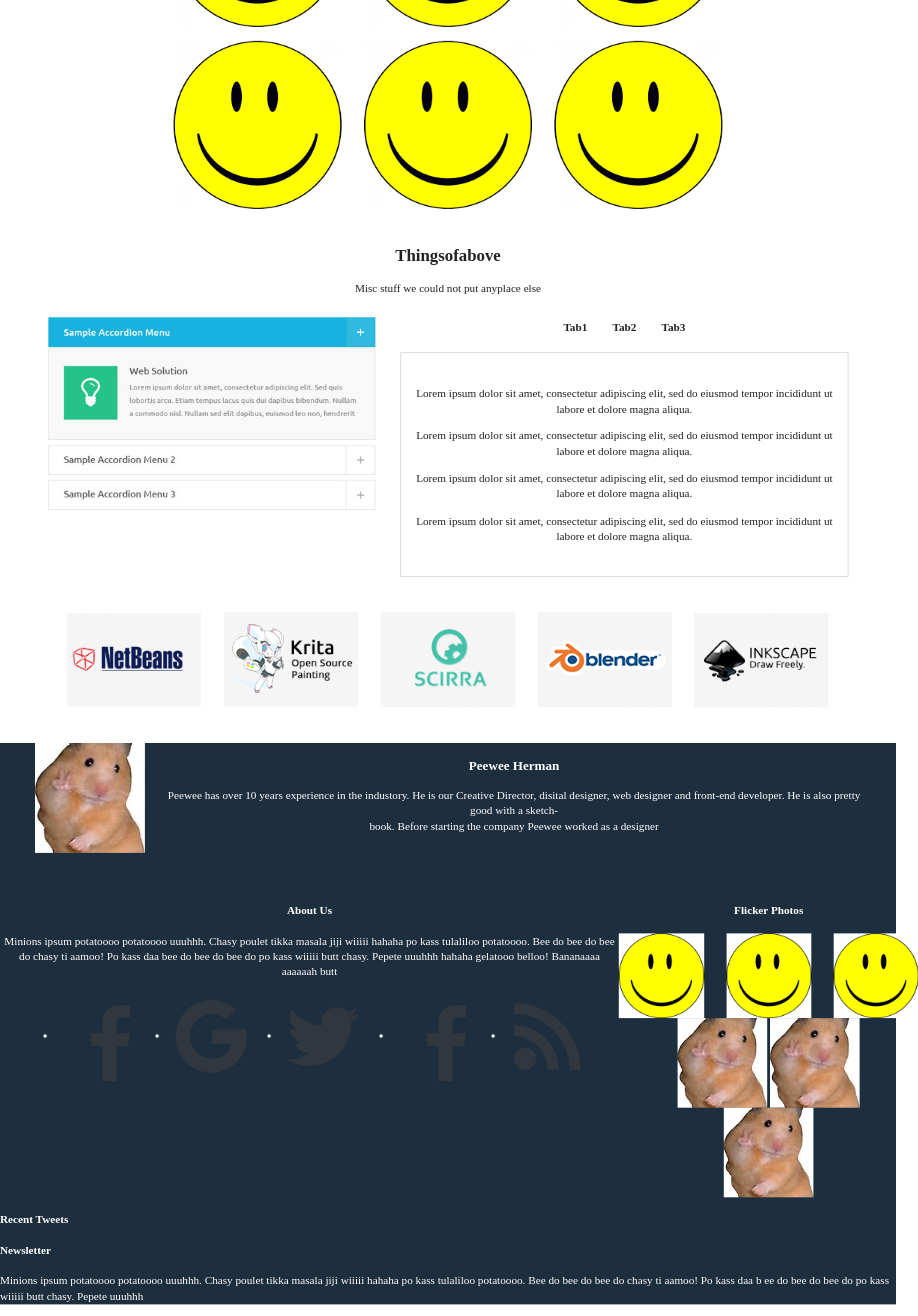
Repository: KanaKimishima/project1-responsive
Page: index.html
An editor plug-in stored every save of this project. The page is shown before and after a run of saves, followed by the edit.
The browser window is 1280 px wide. The page is 1312 px wide, so the pictures cover 1312 px, including what lies to the right of the window. The pictures show the part of the page from y = 1908 to 3788 px (the page is 3788 px tall before and 3778 px after), at 70% of full size.

Above is the page before, as saved 2023-02-06 22:19:32.

After the next 2 saves:
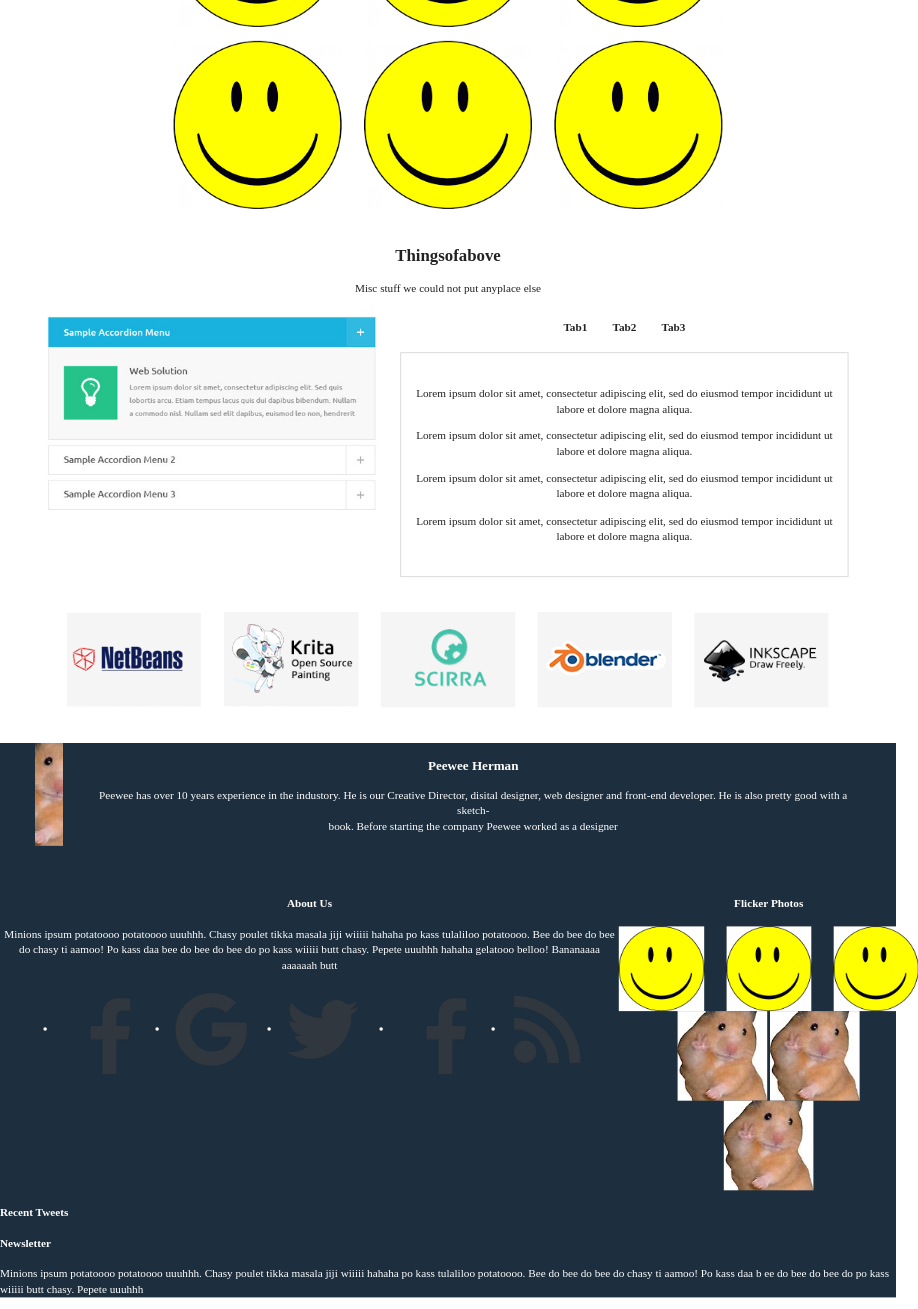
The 2 saves are shown as one change because they came seconds apart.
The last was saved 10 s later.
--- a/css/main.css
+++ b/css/main.css
@@ -168,7 +168,7 @@
 
 .page__footer__intro img {
   object-fit: cover;
-  width: 15%;
+  width: 40px;
 }
 
 .flicker-imgs img {
